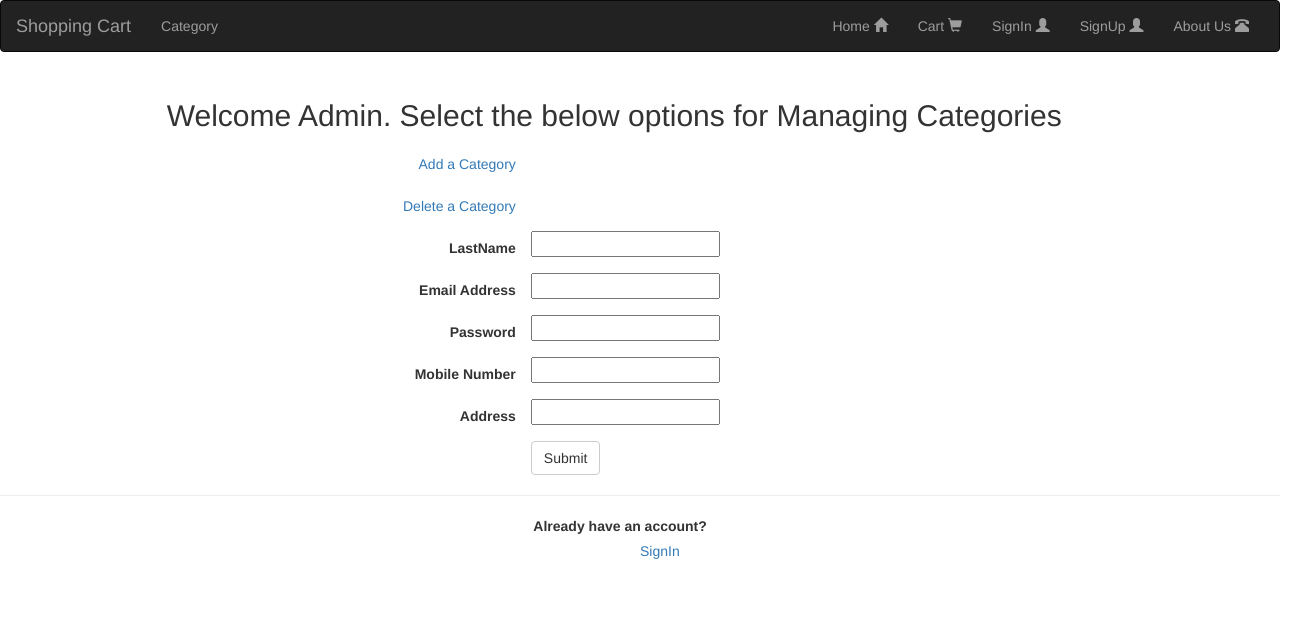
Repository: KaustubhKamat/ShoppingCartProject
Page: http://localhost/NewShoppingCart/WEB-INF/views/Category.jsp
The author's editor kept a copy of each file at every save. The page is drawn from the files as they stood at one save, then again after the next save.
The browser window is 1280 px wide. The page is 1295 px wide, so the pictures cover 1295 px, including what lies to the right of the window. The pictures show the whole page.
Some web libraries are served in a nearby version. The page is served by Tomcat 9. Nobody is signed in. The template is opened directly, without the code that normally fills it, so the values that code supplies are empty.

Above is the page before, as saved 2017-01-12 06:27:13.

After the next save:
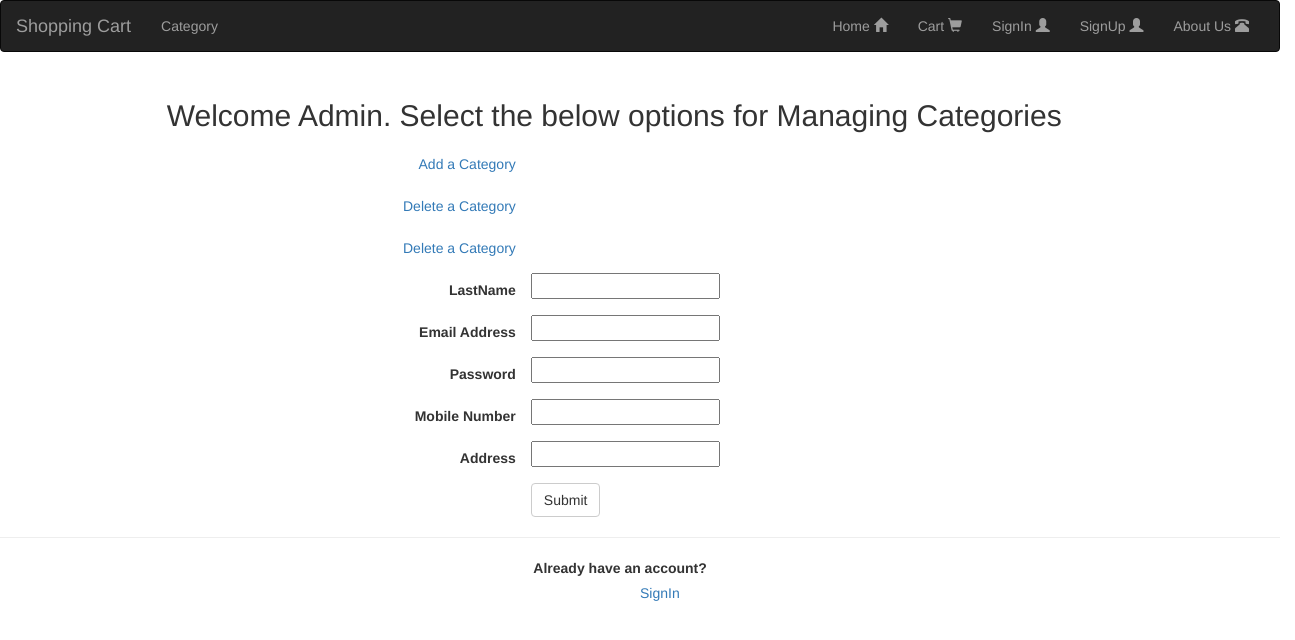
Saved 8 s later.
--- a/NewShoppingCart/src/main/webapp/WEB-INF/views/Category.jsp
+++ b/NewShoppingCart/src/main/webapp/WEB-INF/views/Category.jsp
@@ -26,6 +26,10 @@
 		<div class="form-group">
 			<a href="AddaCategory" class="col-sm-5 control-label">Add a Category</a>
 			</div>
+		<div class="form-group">
+			<a href="DeleteaCategory" class="col-sm-5 control-label">Delete a Category</a>
+			</div>
+		</div>
 		<div class="form-group">
 			<a href="DeleteaCategory" class="col-sm-5 control-label">Delete a Category</a>
 			</div>
